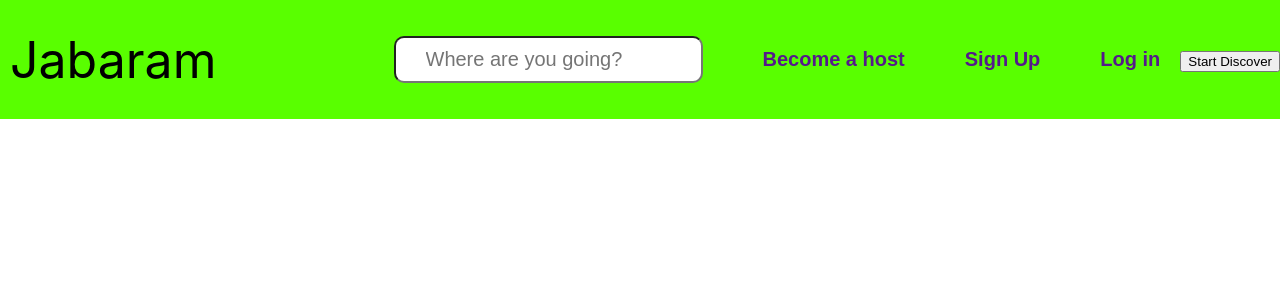
Repository: manahiang/Jabaram-web
Page: / (app in src/)
These files come from the project's save history. The page is drawn as it stood at one moment and after the next save; the edit follows.
The browser window is 1280 px wide. The pictures show the whole page.
The project was rebuilt for these pictures with package versions that can differ from the ones it lists, and the page was loaded fresh each time. Also part of the build but not shown: src/src/App.css.

Above is the page before, as saved 2022-11-30 09:32:44.

After the next save:
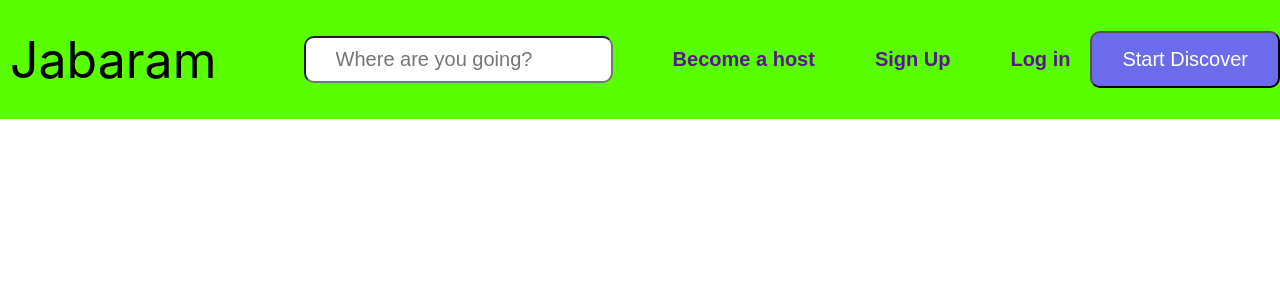
Saved 16 s later.
--- a/src/src/index.css
+++ b/src/src/index.css
@@ -51,7 +51,7 @@ code {
   padding-left: 30px;
   font-size: 20px;
 }
-.menu ul li  button{
+.menu ul   button{
   font-size: 20px;
   background-color: rgb(107, 107, 235);
   color: white;
